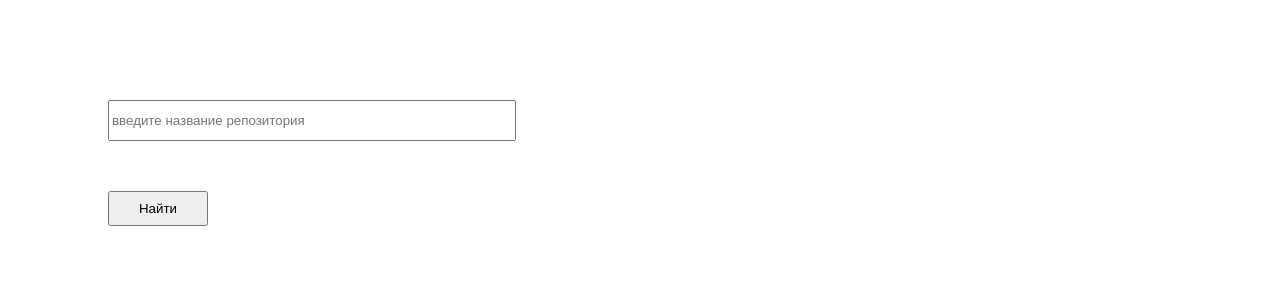
Repository: Grid-Master/repositoriesSearch
Page: index.html
These files come from the project's save history. The page is drawn as it stood at one moment and after the next save; the edit follows.
The browser window is 1280 px wide. The pictures show the whole page.
The page's requests for data from a server got no answer.

Above is the page before, as saved 2023-03-05 19:47:55.

### index.html
<!DOCTYPE html>
<html lang="en">
  <head>
    <meta charset="UTF-8" />
    <meta http-equiv="X-UA-Compatible" content="IE=edge" />
    <meta name="viewport" content="width=device-width, initial-scale=1.0" />
    <title>git</title>
    <style>
      form {
        display: flex;
        flex-direction: column;
        margin: 100px;
      }
      button {
        width: 100px;
        height: 35px;
      }
      input {
        width: 400px;
        height: 35px;
        margin-bottom: 50px;
      }
    </style>
  </head>
  <body>
    <form>
      <input type="text" placeholder="введите название репозитория" />
      <button type="submit">Найти</button>
    </form>
    <script src="./script.js"></script>
  </body>
</html>

### script.js
let repositories = [];
const token = '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';

async function getRepositories() {
  let response = await fetch(`https://api.github.com/repositories`, {
    headers: {
      Authorization: `Bearer ${token}`,
    },
  });

  repositories = await response.json();
}

async function func1() {
  await getRepositories();
  console.log(repositories);
  console.log(repositories.length);
}

func1();

After the next save:
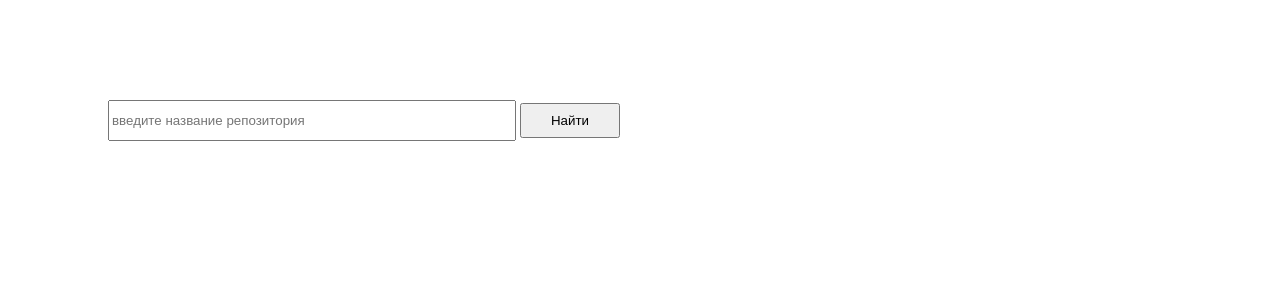
Saved 7 s later.
--- a/index.html
+++ b/index.html
@@ -7,8 +7,6 @@
     <title>git</title>
     <style>
       form {
-        display: flex;
-        flex-direction: column;
         margin: 100px;
       }
       button {
